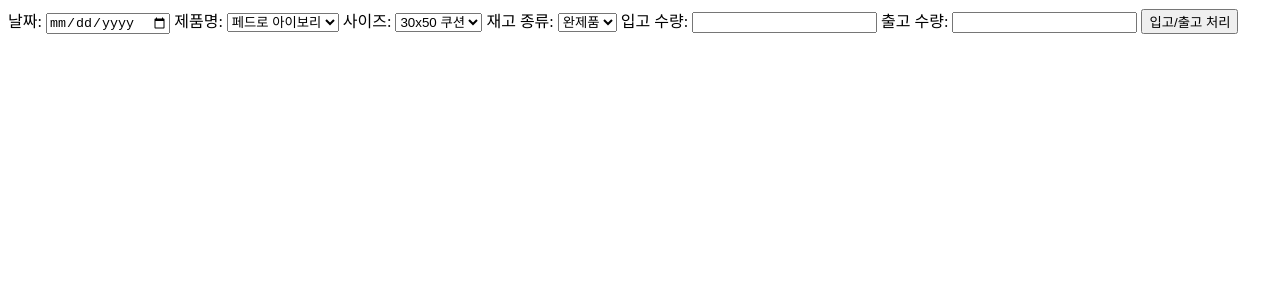
Repository: bluefoginthecup/inventory
Page: public/compare_should_delete/compare.html
These files come from the project's save history. The page is drawn as it stood at one moment and after the next save; the edit follows.
The browser window is 1280 px wide. The pictures show the whole page.

Above is the page before, as saved 2025-01-05 17:05:15.

After the next save:
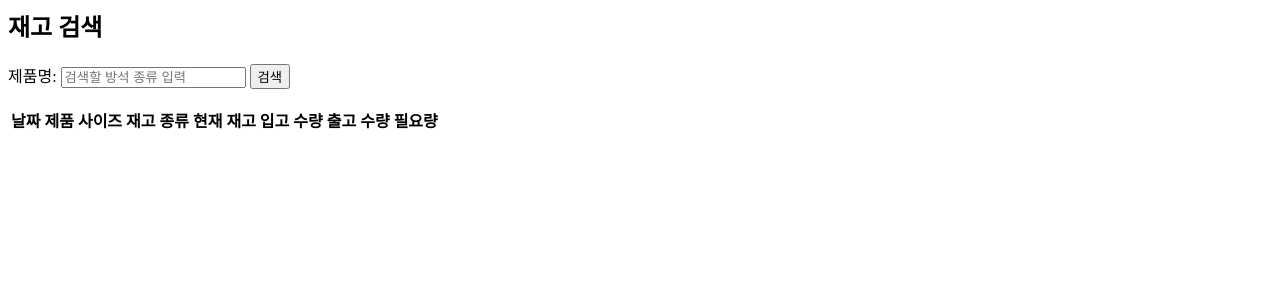
Saved 7 min 57 s later.
--- a/public/compare_should_delete/compare.html
+++ b/public/compare_should_delete/compare.html
@@ -1,36 +1,27 @@
-<!-- 입고/출고 수량 입력 -->
-<form id="stockMovementForm">
-    <label for="stockDate">날짜:</label>
-    <input type="date" id="stockDate" name="stockDate" required>
+<section id="searchSection" class="section active">
+    <h2>재고 검색</h2>
+    <form id="searchForm">
+        <label for="searchInput">제품명:</label>
+        <input type="text" id="searchInput" placeholder="검색할 방석 종류 입력" required>
 
-    <label for="product">제품명:</label>
-    <select id="product" name="product" required>
-        <option value="pedro_ivory">페드로 아이보리</option>
-        <option value="pedro_gray">페드로 그레이</option>
-        <option value="pedro_blue">페드로 블루</option>
-        <!-- 추가 제품 옵션 -->
-    </select>
+        <button type="button" id="searchBtn">검색</button>
+    </form>
 
-    <label for="size">사이즈:</label>
-    <select id="size" name="size" required>
-        <option value="30x50_cushion">30x50 쿠션</option>
-        <option value="40_cushion">40 쿠션</option>
-        <!-- 추가 사이즈 옵션 -->
-    </select>
-
-    <label for="type">재고 종류:</label>
-    <select id="type" name="type" required>
-        <option value="finished">완제품</option>
-        <option value="embroidery">자수물</option>
-        <option value="cutting">재단물</option>
-        <!-- 추가 재고 종류 옵션 -->
-    </select>
-
-    <label for="incomingAmount">입고 수량:</label>
-    <input type="number" id="incomingAmount" name="incomingAmount" required>
-
-    <label for="outgoingAmount">출고 수량:</label>
-    <input type="number" id="outgoingAmount" name="outgoingAmount" required>
-
-    <button type="button" id="submitMovementButton">입고/출고 처리</button>
-</form>
+    <table id="searchResults">
+        <thead>
+            <tr>
+                <th>날짜</th>
+                <th>제품</th>
+                <th>사이즈</th>
+                <th>재고 종류</th>
+                <th>현재 재고</th>
+                <th>입고 수량</th>
+                <th>출고 수량</th>
+                <th>필요량</th>
+            </tr>
+        </thead>
+        <tbody>
+            <!-- 검색 결과 테이블 -->
+        </tbody>
+    </table>
+</section>
